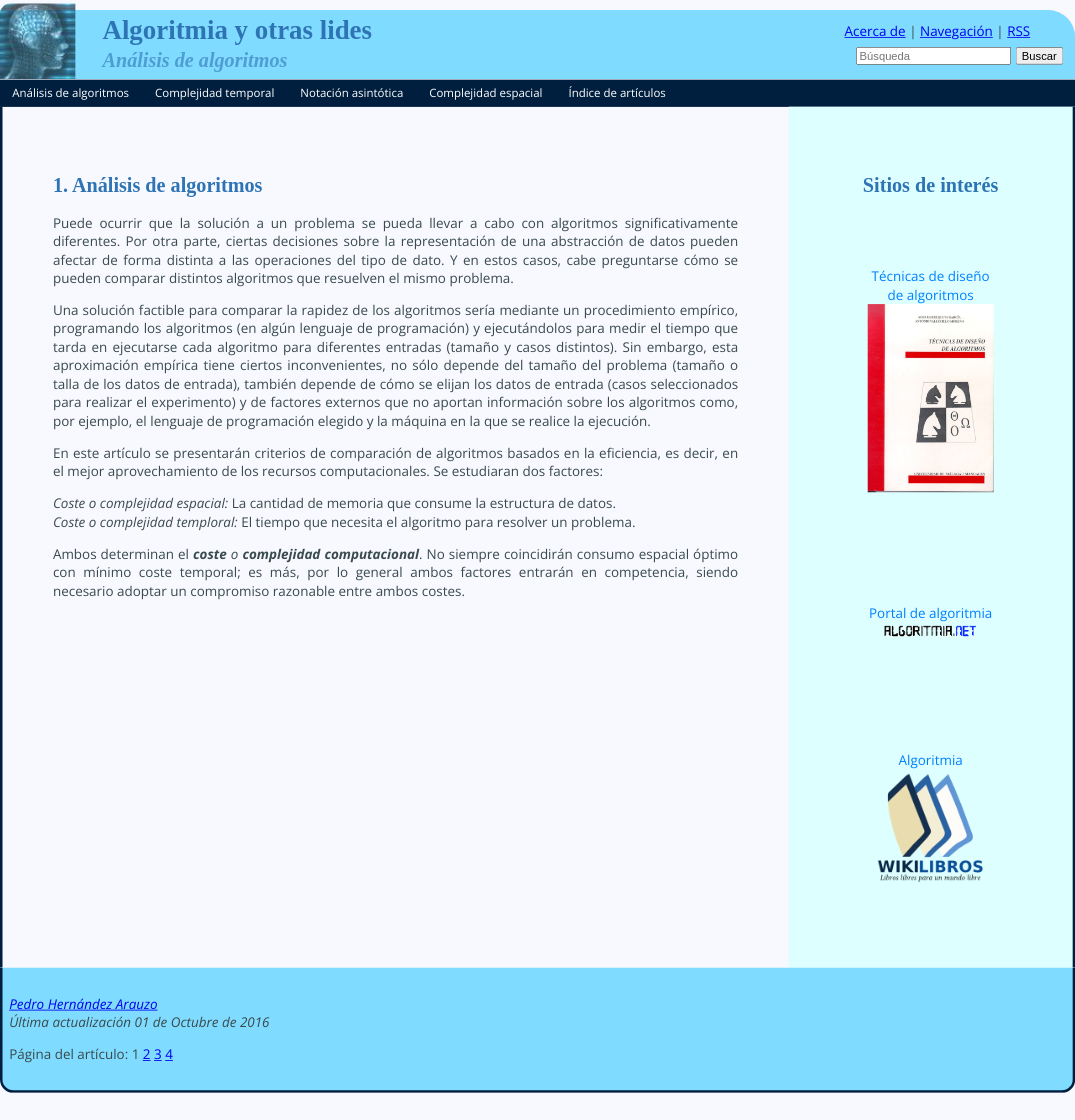
Repository: dgsama/Curso17
Page: SEW/WorkSpace/Practica04/index.html
The author's editor kept a copy of each file at every save. The page is drawn from the files as they stood at one save, then again after the next save.
The browser window is 1280 px wide. The pictures show the whole page, at 84% of full size.
Some web fonts or font styles are not loaded; a fallback is used.

Above is the page before, as saved 2016-10-26 09:40:48.

After the next save:
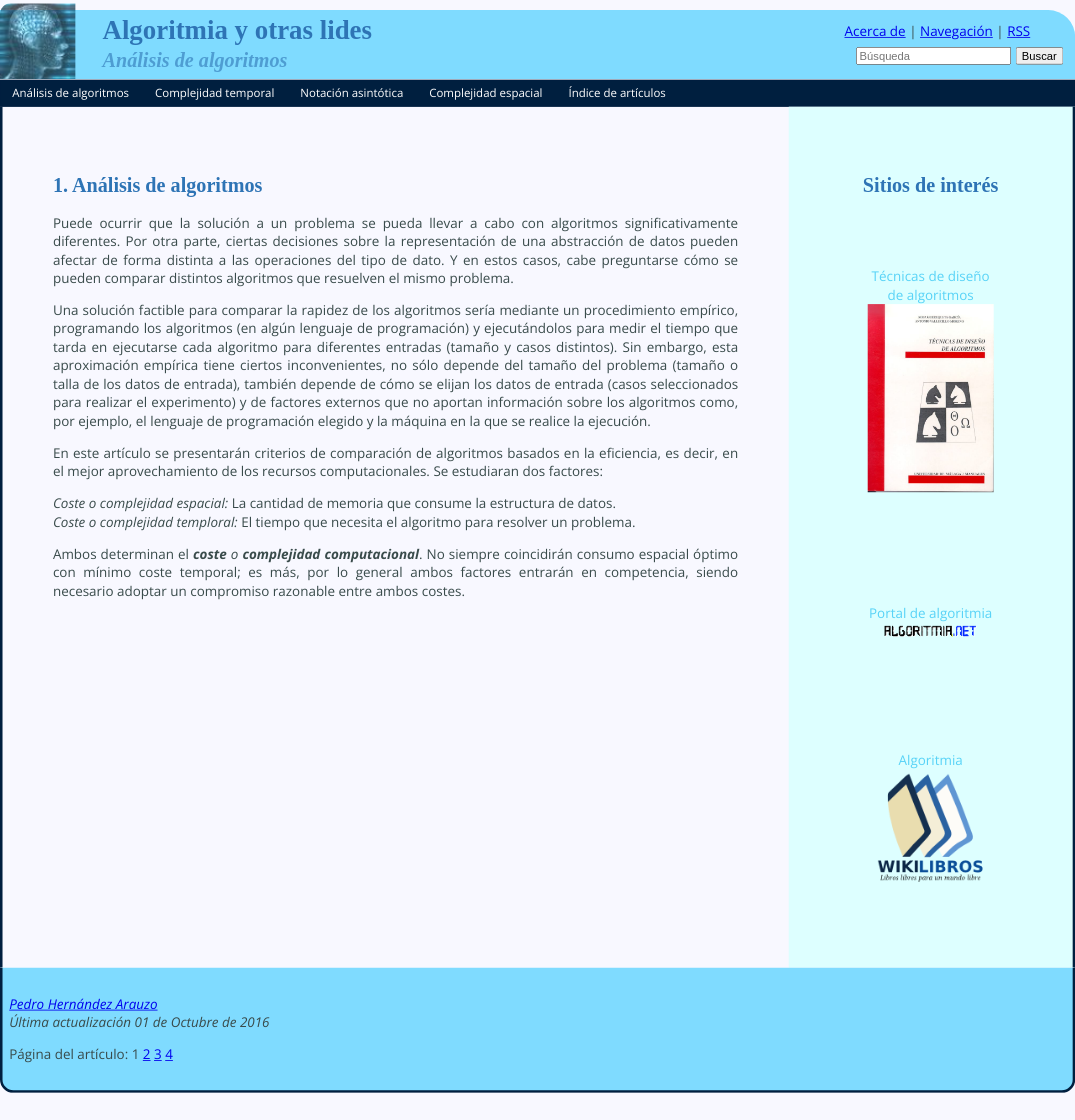
Saved 34 s later.
--- a/SEW/WorkSpace/Practica04/estilo.css
+++ b/SEW/WorkSpace/Practica04/estilo.css
@@ -256,7 +256,7 @@
 }
 
 aside {
-    color: #0080FF;
+    color: #58D3F7;
     text-align: center;
 }
 
